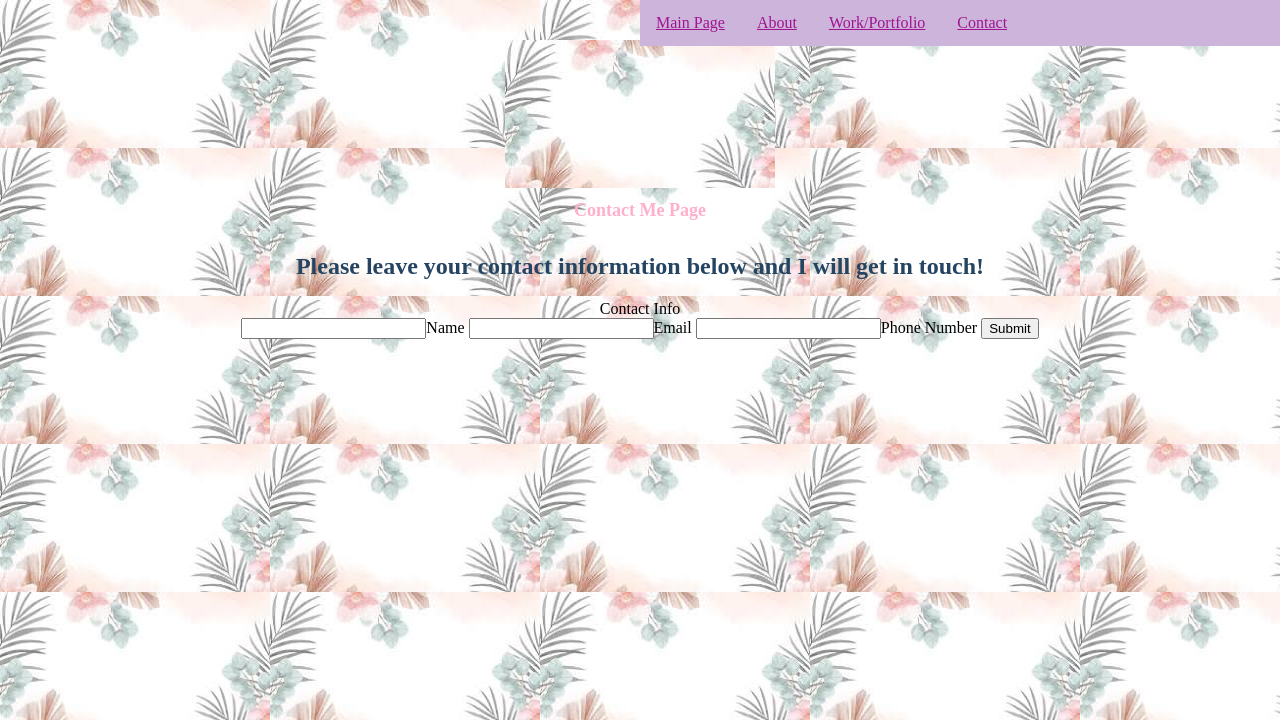
Repository: MelindaN14/My-Personal-Website
Page: contact.html
The author's editor kept a copy of each file at every save. The page is drawn from the files as they stood at one save, then again after the next save.
The browser window is 1280 px wide. The pictures show the whole page.

Above is the page before, as saved 2024-03-25 22:34:28.

### contact.html
<!DOCTYPE html>
<html lang="en">
  <head>
    <meta charset="UTF-8" />
    <meta name="viewport" content="width=device-width, initial-scale=1.0" />
    <img src="contact backgound.jpeg" href="contact backgound.jpeg">
    <link rel="stylesheet" a href="style.css">
    <title>Contact</title>
    <!-- contact form needs a submit button along with email and phone  -->
  </head>
  <body>
    <style>
      body{
        background-image: url("contact\ backgound.jpeg");
        background-size:auto;
      }
    </style>
     <nav>
    <div class="navbar">
      <a href="index.html">Main Page</a>
      <a href="about.html">About</a>
      <a href="portfolio.html">Work/Portfolio</a>
      <a href="contact.html">Contact</a>
    </div>
    </nav>
    <h1>Contact Me Page</h1>
    <h2>Please leave your contact information below and I will get in touch!</h2>
    <label for="Form">Contact Info</label>
    <form action="" name="form">
      <input type="text" name="" id="">Name</input>
      <input type="text" name="" id="">Email</input>
      <input type="text" name="" id="">Phone Number</input>
      <input type="submit" name="https://google.com" id=""></input>
    </form>
  </body>
  <footer>
  </footer>
</html>

### style.css
/* Nav Bar */
.navbar {
  overflow: hidden;
  background-color: #cdb4db;
  position: fixed;
  top: 0;
  width: 100%;
}
/* Links */
.navbar a {
  float: left;
  display: block;
  color: #a11491;
  text-align: center;
  padding: 14px 16px;
}
/* Hover */
.navbar a:hover {
  background: #a2d2ff;
  color: black;
}
/* Main Content?? */
.main {
  margin-top: 30px; /* Add a top margin to avoid content overlay? */
}
.header {
  color: #7fb6ea;
  text-align: center;
}

h1 {
  color: #ffafcc;
  font-size: large;
  text-align: center;
}
h2{
    color:#244462;
}
p {
  color: #cdb4db;
}

nav {
  color: #bde0fe;
}
body {
  background-image:url('floral.jpeg');
  padding: 2rem;
  display: flex;
  flex-direction: column;
  align-items: center;
  justify-content: center;
}

After the next save:
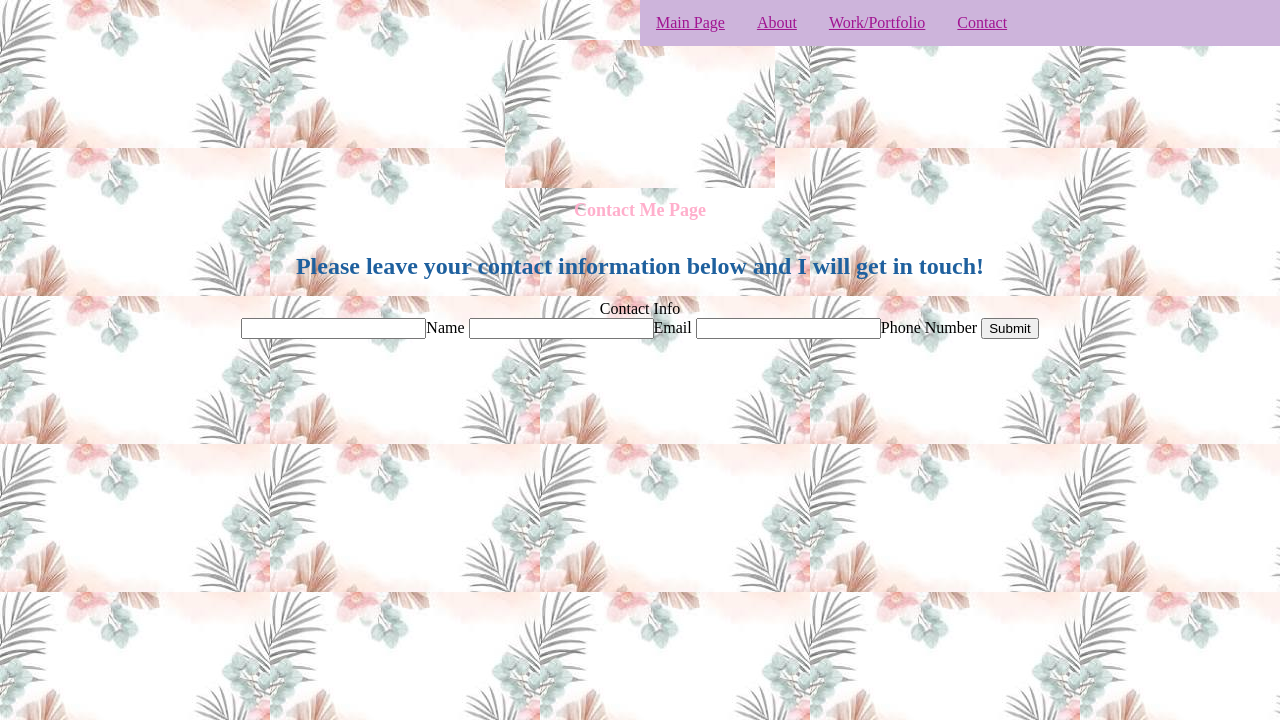
Saved 8 s later.
--- a/style.css
+++ b/style.css
@@ -34,7 +34,7 @@ h1 {
   text-align: center;
 }
 h2{
-    color:#244462;
+    color:#1e609e;
 }
 p {
   color: #cdb4db;
